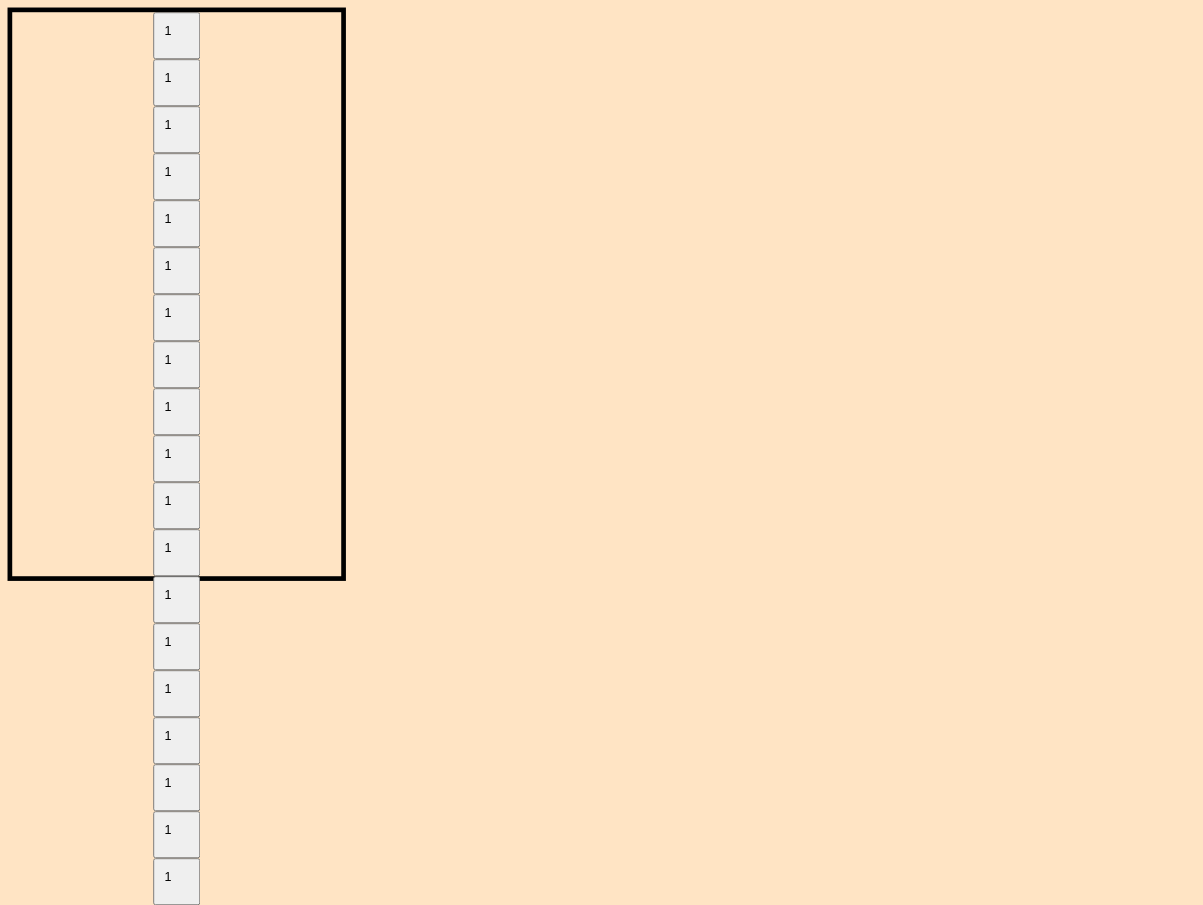
Repository: noahcallen/LAB-calculator
Page: index.html
These files come from the project's save history. The page is drawn as it stood at one moment and after the next save; the edit follows.
The browser window is 1280 px wide. The pictures show the whole page, at 94% of full size.

Above is the page before, as saved 2024-07-10 18:40:29.

### index.html
<!DOCTYPE html>
<html lang="en">
<head>
  <meta charset="UTF-8">
  <meta name="viewport" content="width=device-width, initial-scale=1.0">
  <title>Document</title>
  <link rel="stylesheet" href="main.css">
  <meta name="viewport" content="width=device-width, initial-scale=1">
</head>
<body>
  <div class="container">
    <div class="row"></class=>
      <div class="col">
        <button type="button" class="btn btn-primary">1</button>
      </div>
      <div class="col">
        <button type="button" class="btn btn-primary">1</button>
      </div>
      <div class="col">
        <button type="button" class="btn btn-primary">1</button>
      </div>
      <div class="col">
        <button type="button" class="btn btn-primary">1</button>
      </div>
      <div class="col">
        <button type="button" class="btn btn-primary">1</button>
      </div>
      <div class="col">
        <button type="button" class="btn btn-primary">1</button>
      </div>
      <div class="col">
        <button type="button" class="btn btn-primary">1</button>
      </div>
      <div class="col">
        <button type="button" class="btn btn-primary">1</button>
      </div>
      <div class="col">
        <button type="button" class="btn btn-primary">1</button>
      </div>
      <div class="col">
        <button type="button" class="btn btn-primary">1</button>
      </div>
      <div class="col">
        <button type="button" class="btn btn-primary">1</button>
      </div>
      <div class="col">
        <button type="button" class="btn btn-primary">1</button>
      </div>
      <div class="col">
        <button type="button" class="btn btn-primary">1</button>
      </div>
      <div class="col">
        <button type="button" class="btn btn-primary">1</button>
      </div>
      <div class="col">
        <button type="button" class="btn btn-primary">1</button>
      </div>
      <div class="col">
        <button type="button" class="btn btn-primary">1</button>
      </div>
      <div class="col">
        <button type="button" class="btn btn-primary">1</button>
      </div>
      <div class="col">
        <button type="button" class="btn btn-primary">1</button>
      </div>
      <div class="col">
        <button type="button" class="btn btn-primary">1</button>
      </div>
  </div>

  </div>



  <script src="main.js"></script>
  <!-- import js bootstrap -->
  <script src="https://cdn.jsdelivr.net/npm/bootstrap@5.3.3/dist/js/bootstrap.bundle.min.js" integrity="sha384-YvpcrYf0tY3lHB60NNkmXc5s9fDVZLESaAA55NDzOxhy9GkcIdslK1eN7N6jIeHz" crossorigin="anonymous"></script>
</body>
</html>

### main.css
body {
  background-color: bisque;
}

.container {
  display: flex;
  justify-content: center;
  border: solid 5px black;
  height: 600px;
  width: 350px;
}

.btn {
  display: flex;
  flex-wrap: wrap;
  height: 50px;
  width: 50px;
  padding: 10px;
}

Loaded but not shown: main.js (no stored copy; drawn as an empty file)

After the next save:
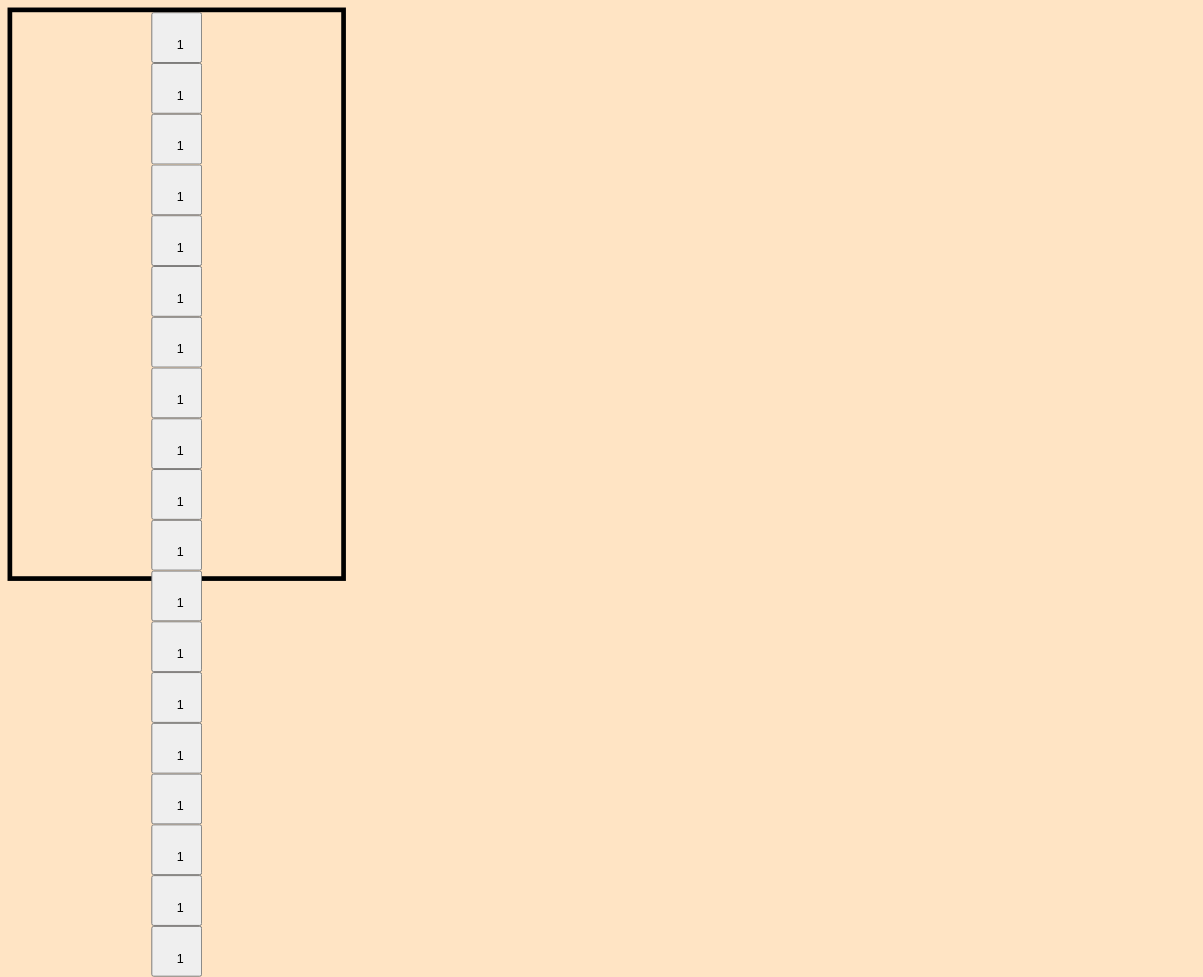
Saved 7 s later.
--- a/main.css
+++ b/main.css
@@ -15,5 +15,5 @@ body {
   flex-wrap: wrap;
   height: 50px;
   width: 50px;
-  padding: 10px;
+  padding: 25px;
 }
